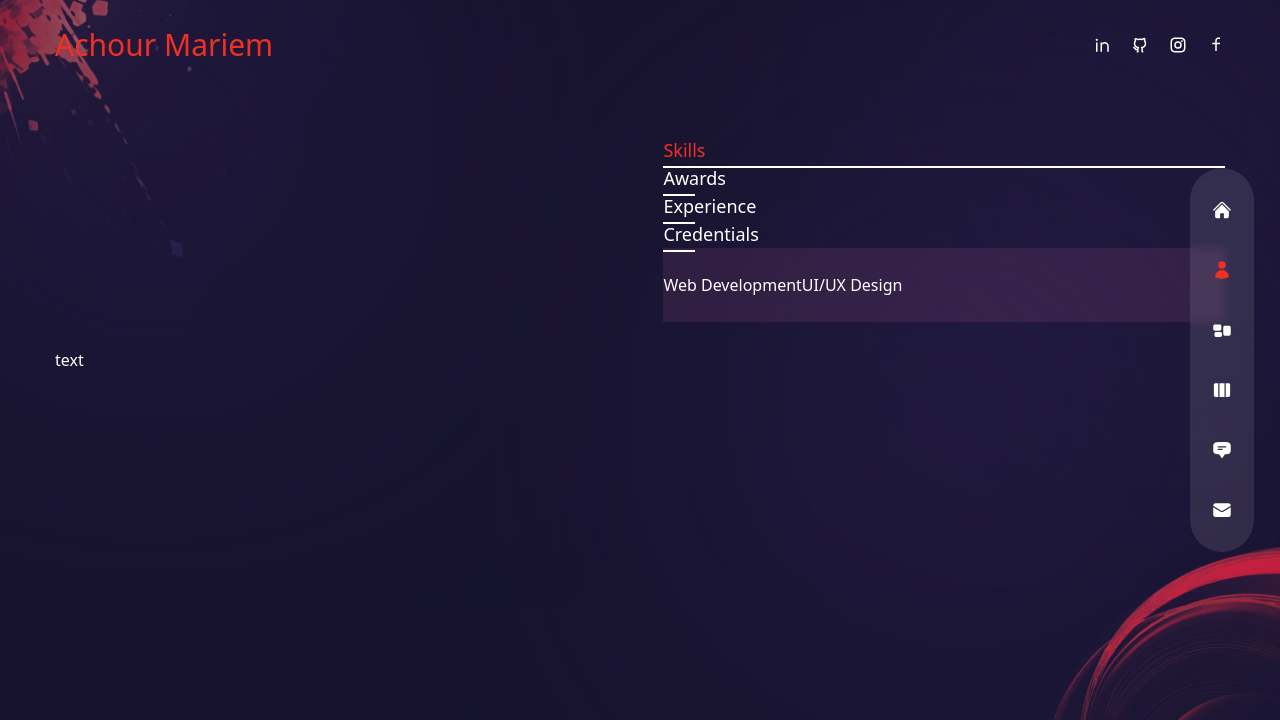
Repository: AchourMaryem/My-personal-portfolio
Page: /about
The author's editor kept a copy of each file at every save. The page is drawn from the files as they stood at one save, then again after a run of saves.
The browser window is 1280 px wide. The pictures show the whole page.
The project was rebuilt for these pictures with package versions that can differ from the ones it lists, and the page was loaded fresh each time. The framework's server and built-in components were replaced by stand-ins that run in the browser. Also part of the build but not shown: next.config.js.

Above is the page before, as saved 2023-09-22 02:15:54.

After the next 4 saves:
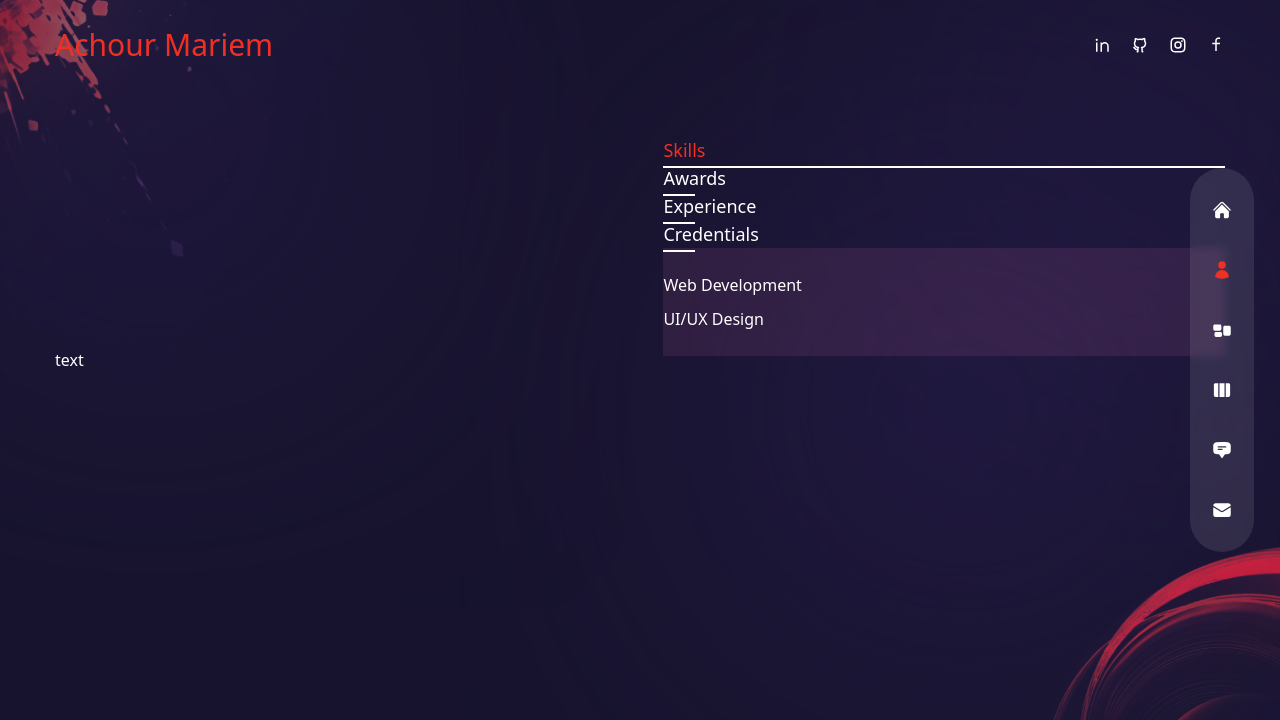
The 4 saves are shown as one change because they came seconds apart.
The last was saved 16 s later.
--- a/pages/about/index.js
+++ b/pages/about/index.js
@@ -126,7 +126,7 @@ const About = () => {
             );
           })}
         </div>
-        <div className='bg-pink-400/10 py-2 xl:py-6 flex'>
+        <div className='bg-pink-400/10 py-2 xl:py-6 flex flex-col gap-y-2 xl:'>
   {aboutData[index].info.map((item, itemIndex) => {
     return (
       <div key={itemIndex}>
